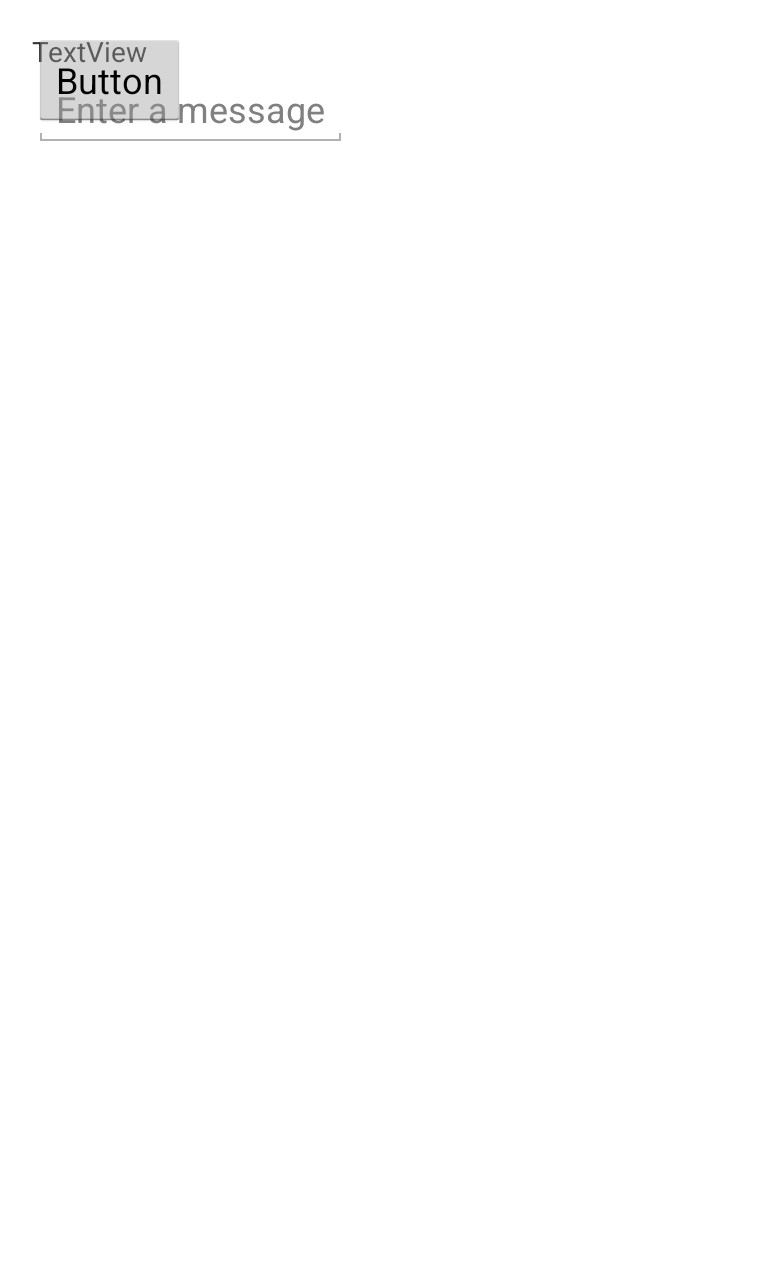
Repository: javawolfpack/CSCI567---Workspace
Layout: RelativeLayoutExample/res/layout/activity_main.xml
These files come from the project's save history. The layout is drawn as it stood at one moment and after the next save; the edit follows.
It is drawn on a 768 x 1280 px phone screen (xhdpi) without system bars, with theme AppTheme; the app's code is not run.

Above is the layout before, as saved 2014-01-30 21:26:46.

### RelativeLayoutExample/res/layout/activity_main.xml
<RelativeLayout xmlns:android="http://schemas.android.com/apk/res/android"
    xmlns:tools="http://schemas.android.com/tools"
    android:layout_width="match_parent"
    android:layout_height="match_parent"
    android:paddingBottom="@dimen/activity_vertical_margin"
    android:paddingLeft="@dimen/activity_horizontal_margin"
    android:paddingRight="@dimen/activity_horizontal_margin"
    android:paddingTop="@dimen/activity_vertical_margin"
    tools:context=".MainActivity" >

    <!-- All our components go here -->
   	<TextView
		android:layout_height="wrap_content"
		android:layout_width="wrap_content"
		android:id="@+id/textViewLabel"
		android:text="@string/textview_text" />

   	<EditText
		android:id="@+id/edit_message"
       	android:layout_width="wrap_content"
       	android:layout_height="wrap_content"
       	android:hint="@string/edit_message"
       	android:layout_below="@+id/textViewLabel"/>

  	<Button
		android:id="@+id/buttonlabel"
		android:layout_width="wrap_content"
		android:layout_height="wrap_content"
		android:text="@string/button_text"/>

</RelativeLayout>

### RelativeLayoutExample/res/values/strings.xml
<?xml version="1.0" encoding="utf-8"?>
<resources>

    <string name="app_name">RelativeLayoutExample</string>
    <string name="action_settings">Settings</string>
    <string name="hello_world">Hello world!</string>
    <string name="edit_message">Enter a message</string>
    <string name="button_text">Button</string>
    <string name="textview_text">TextView</string>

</resources>

Loaded but not shown: RelativeLayoutExample/res/values/styles.xml (common file); RelativeLayoutExample/res/values-v11/styles.xml (common file); RelativeLayoutExample/res/values-v14/styles.xml (common file); RelativeLayoutExample/res/values/dimens.xml (common file)

After the next save:
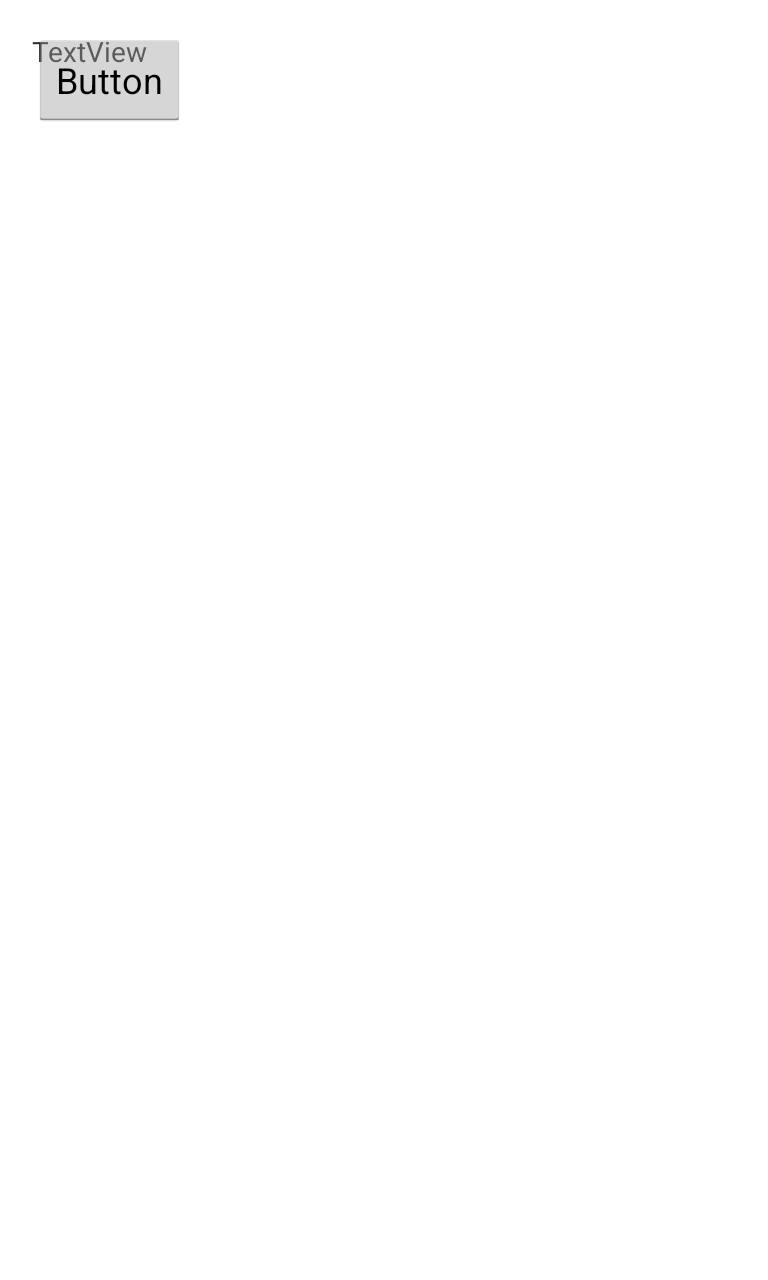
Saved 2 min 5 s later.
--- a/RelativeLayoutExample/res/layout/activity_main.xml
+++ b/RelativeLayoutExample/res/layout/activity_main.xml
@@ -20,7 +20,9 @@
        	android:layout_width="wrap_content"
        	android:layout_height="wrap_content"
        	android:hint="@string/edit_message"
-       	android:layout_below="@+id/textViewLabel"/>
+       	android:layout_below="@+id/textViewLabel"
+       	android:layout_alignParentLeft="true"
+       	android:layout_toLeftOf="@+id/buttonlabel"/>
 
   	<Button
 		android:id="@+id/buttonlabel"
